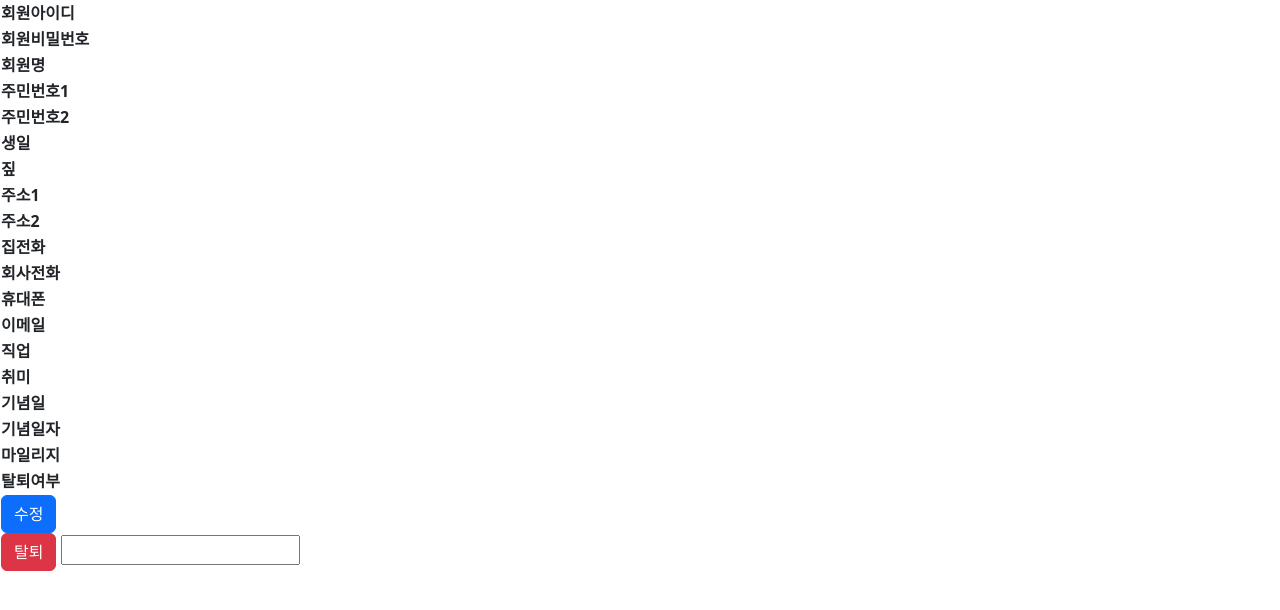
Repository: HEOGEUNJU/JSP
Page: http://localhost/WebStudy02_MVN/WEB-INF/views/member/memberView.jsp
These files come from the project's save history. The page is drawn as it stood at one moment and after the next save; the edit follows.
The browser window is 1280 px wide. The pictures show the whole page.
The page is served by Tomcat 9. Nobody is signed in. Other server files are loaded and not shown. The template is opened directly, without the code that normally fills it, so the values that code supplies are empty.

Above is the page before, as saved 2022-12-28 09:35:23.

### WebStudy02_MVN/src/main/webapp/WEB-INF/views/member/memberView.jsp
<%@ page language="java" contentType="text/html; charset=UTF-8"
	pageEncoding="UTF-8"%>
<%@taglib uri="http://java.sun.com/jsp/jstl/core" prefix="c" %>
<!DOCTYPE html>
<html>
<head>
<meta charset="UTF-8">
<jsp:include page="/includee/preScript.jsp" />
<title>Insert title here</title>
<c:if test="${not empty message }">
	<script>
		alert("${message}");
	</script>
</c:if>
</head>
<body>
	<table>
		<tr>
			<th>회원아이디</th>
			<td>${member.memId }</td>
		</tr>
		<tr>
			<th>회원비밀번호</th>
			<td>${member.memPass }</td>
		</tr>
		<tr>
			<th>회원명</th>
			<td>${member.memName }</td>
		</tr>
		<tr>
			<th>주민번호1</th>
			<td>${member.memRegno1 }</td>
		</tr>
		<tr>
			<th>주민번호2</th>
			<td>${member.memRegno2 }</td>
		</tr>
		<tr>
			<th>생일</th>
			<td>${member.memBir }</td>
		</tr>
		<tr>
			<th>짚</th>
			<td>${member.memZip }</td>
		</tr>
		<tr>
			<th>주소1</th>
			<td>${member.memAdd1 }</td>
		</tr>
		<tr>
			<th>주소2</th>
			<td>${member.memAdd2 }</td>
		</tr>
		<tr>
			<th>집전화</th>
			<td>${member.memHometel }</td>
		</tr>
		<tr>
			<th>회사전화</th>
			<td>${member.memComtel }</td>
		</tr>
		<tr>
			<th>휴대폰</th>
			<td>${member.memHp }</td>
		</tr>
		<tr>
			<th>이메일</th>
			<td>${member.memMail }</td>
		</tr>
		<tr>
			<th>직업</th>
			<td>${member.memJob }</td>
		</tr>
		<tr>
			<th>취미</th>
			<td>${member.memLike }</td>
		</tr>
		<tr>
			<th>기념일</th>
			<td>${member.memMemorial }</td>
		</tr>
		<tr>
			<th>기념일자</th>
			<td>${member.memMemorialday }</td>
		</tr>
		<tr>
			<th>마일리지</th>
			<td>${member.memMileage }</td>
		</tr>
		<tr>
			<th>탈퇴여부</th>
			<td>${member.memDelete }</td>
		</tr>
<!-- 		선택적 렌더링 해야함 -->
		<c:if test="${sessionScope.authMember eq member }">
			<tr>
				<td colspan="2">
					<a href="<c:url value="/member/memberUpdate.do"/>" class = "btn btn-primary">수정</a>
					<form method = "post" action="<c:url value="/member/memberDelete.do"/>">
						<input class = "btn btn-danger" type="submit" value="탈퇴"/>
						<input type="password" name = "memPass"/>
					</form>
				</td>
			</tr>
		</c:if>
	</table>

<jsp:include page="/includee/postScript.jsp" />
</body>
</html>

### WebStudy02_MVN/src/main/webapp/includee/preScript.jsp
<%@ page language="java" contentType="text/html; charset=UTF-8"
    pageEncoding="UTF-8"%>
<link rel="stylesheet" href="<%=request.getContextPath() %>/resources/js/bootstrap-5.2.3-dist/css/bootstrap.min.css">
<script type="text/javascript" src="<%=request.getContextPath()%>/resources/js/jquery-3.6.1.min.js"></script>
<%
	String varInPre = "프리스크립트에 있는 변수의 값";

%>

### WebStudy02_MVN/src/main/webapp/includee/postScript.jsp
<%@ page language="java" contentType="text/html; charset=UTF-8"
    pageEncoding="UTF-8"%>

<script src= "<%=request.getContextPath() %>/resources/js/bootstrap-5.2.3-dist/js/bootstrap.bundle.min.js"></script>

Loaded but not shown: WebStudy02_MVN/src/main/webapp/resources/js/bootstrap-5.2.3-dist/css/bootstrap.min.css (library); WebStudy02_MVN/src/main/webapp/resources/js/jquery-3.6.1.min.js (library); WebStudy02_MVN/src/main/webapp/resources/js/bootstrap-5.2.3-dist/js/bootstrap.bundle.min.js (library)

After the next save:
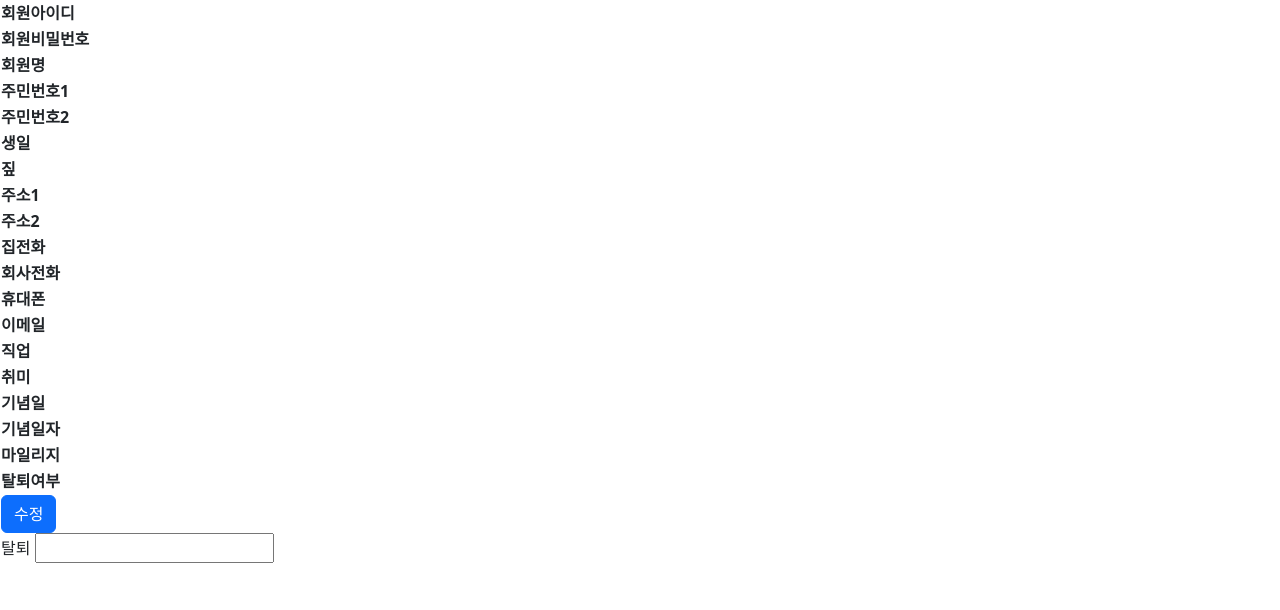
Console error (its wording comes from the project's code and is left out).
Saved 14 h 34 min later.
--- a/WebStudy02_MVN/src/main/webapp/WEB-INF/views/member/memberView.jsp
+++ b/WebStudy02_MVN/src/main/webapp/WEB-INF/views/member/memberView.jsp
@@ -97,13 +97,31 @@
 				<td colspan="2">
 					<a href="<c:url value="/member/memberUpdate.do"/>" class = "btn btn-primary">수정</a>
 					<form method = "post" action="<c:url value="/member/memberDelete.do"/>">
-						<input class = "btn btn-danger" type="submit" value="탈퇴"/>
+						<a onclick="$('#class = "btn btn-danger"  >탈퇴</a>
 						<input type="password" name = "memPass"/>
 					</form>
 				</td>
 			</tr>
 		</c:if>
 	</table>
+	<!-- Modal -->
+<div class="modal fade" id="exampleModal" tabindex="-1" aria-labelledby="exampleModalLabel" aria-hidden="true">
+  <div class="modal-dialog">
+    <div class="modal-content">
+      <div class="modal-header">
+        <h1 class="modal-title fs-5" id="exampleModalLabel">Modal title</h1>
+        <button type="button" class="btn-close" data-bs-dismiss="modal" aria-label="Close"></button>
+      </div>
+      <div class="modal-body">
+        ...
+      </div>
+      <div class="modal-footer">
+        <button type="button" class="btn btn-secondary" data-bs-dismiss="modal">Close</button>
+        <button type="button" class="btn btn-danger">탈퇴</button>
+      </div>
+    </div>
+  </div>
+</div>
 
 <jsp:include page="/includee/postScript.jsp" />
 </body>
